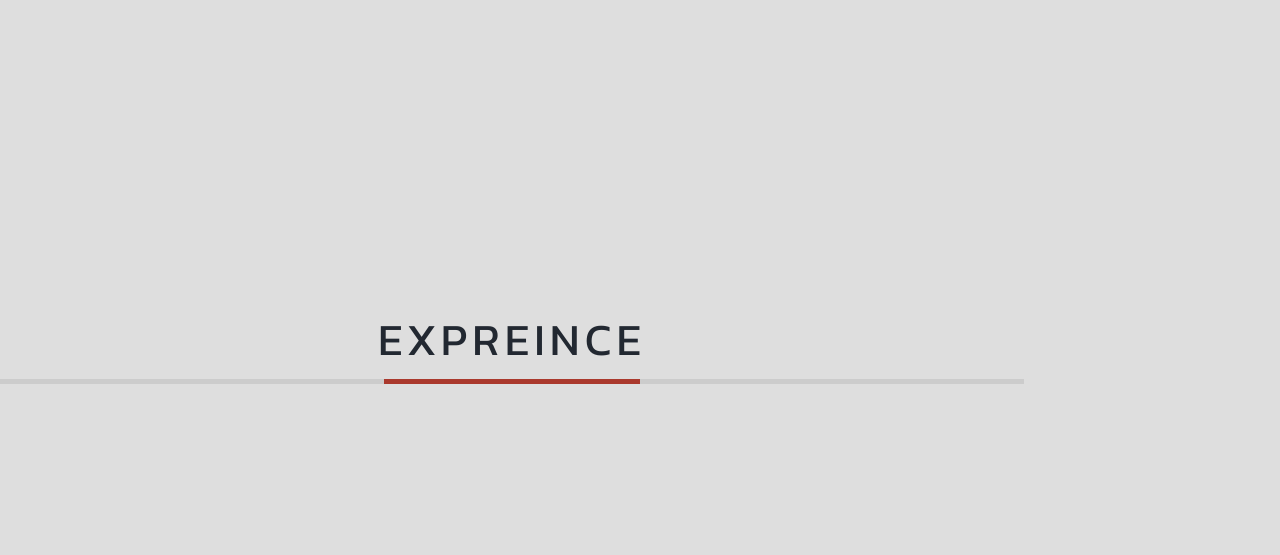
Repository: sellayspy/Portofolio
Page: /experince
The author's editor kept a copy of each file at every save. The page is drawn from the files as they stood at one save, then again after a run of saves.
The browser window is 1280 px wide. The pictures show the whole page.
The project was rebuilt for these pictures with package versions that can differ from the ones it lists, and the page was loaded fresh each time. Also part of the build but not shown: vite.config.js, src/styles/About.css, src/components/About.jsx, src/styles/Footer.css, src/components/Footer.jsx, src/styles/Header.css, src/components/Header.jsx, src/styles/Navbar.css and 9 more.

Above is the page before, as saved 2024-09-13 22:16:18.

### index.html
<!DOCTYPE html>
<html lang="en">
  <head>
    <meta charset="UTF-8" />
    <link rel="icon" type="image/svg+xml" href="/vite.svg" />
    <meta name="viewport" content="width=device-width, initial-scale=1.0" />
    <title>Portofolio RikiFN</title>
  </head>
  <body>
    <div id="root"></div>
    <script type="module" src="/src/main.jsx"></script>
  </body>
</html>

### src/App.jsx
import "./App.css";
import Home from "./pages/Home";
import DetailPortfolio from "./pages/DetailPortfolio";

import { BrowserRouter, Routes, Route } from "react-router-dom";
import PagesNotFound from "./pages/PagesNotFound";
import Experience from "./pages/Experience";

const App = () => {
  return (
    <BrowserRouter>
      <Routes>
        <Route path="/" element={<Home />} />
        <Route path="/portfolio/:id" element={<DetailPortfolio />} />
        <Route path="/experince" element={<Experience />} />
        <Route path="/pages-not-found" element={<PagesNotFound />} />
        <Route path="*" element={<PagesNotFound />} />
      </Routes>
    </BrowserRouter>
  );
};

export default App;

### src/App.css
/* Global */
@import url("https://fonts.googleapis.com/css2?family=Nunito+Sans:opsz,wght@6..12,300&display=swap");
@import url("https://fonts.googleapis.com/css2?family=Kanit&display=swap");

html,
body {
  margin: 0px;
  padding: 0px;
  font-size: 16px;
  font-family: "Nunito Sans", sans-serif;
  scroll-behavior: smooth;
  background-color: #dedede;
}
.wrapper {
  width: 1024px;
  margin: auto;
  padding: 20px 0px 20px 0px;
}

section {
  padding: 50px 0px 50px 0px;
}

.wrapper > h3,
.wrapper > h1 {
  text-align: center;
  font-size: 2.8rem;
  margin: 0px 0px 30px 0px;
  padding: 0px;
  font-family: "Kanit", sans-serif;
  color: #222831;
  letter-spacing: 5px;
  text-transform: uppercase;
  border-bottom: 5px solid #cccccc;
}
.wrapper > h3::after,
.wrapper > h1::after {
  content: "";
  display: block;
  border-bottom: 5px solid #aa392d;
  width: 25%;
  position: relative;
  bottom: -5px; /* your padding + border-width */
  margin: auto;
}

@media only screen and (max-width: 1000px) {
  .wrapper {
    width: 80%;
  }
}

### src/pages/Experience.jsx
import {
  VerticalTimeline,
  VerticalTimelineElement,
} from "react-vertical-timeline-component";
import "react-vertical-timeline-component/style.min.css";
const Experience = () => {
  return (
    <>
      <div className="wrapper">
        <h3>Expreince</h3>
      </div>
    </>
  );
};

export default Experience;

Loaded but not shown: src/main.jsx (common file); src/index.css (common file)

After the next 2 saves:
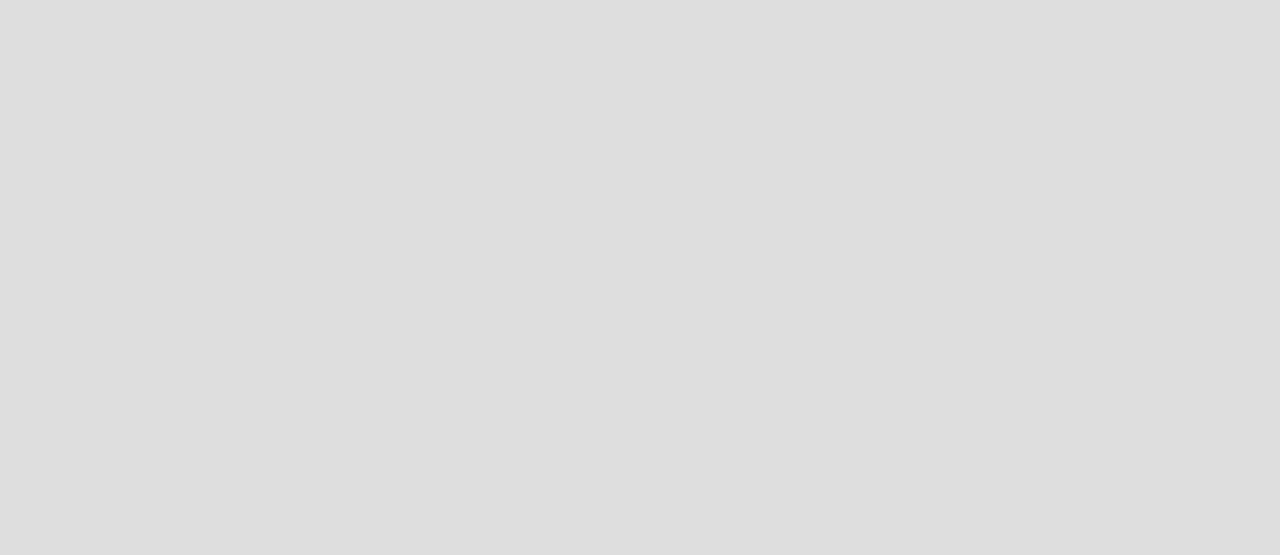
Console error: ReferenceError: WorkIcon is not defined
The 2 saves are shown as one change because 1 did not build or start.
The last was saved 78 s later.
--- a/src/pages/Experience.jsx
+++ b/src/pages/Experience.jsx
@@ -8,6 +8,21 @@
     <>
       <div className="wrapper">
         <h3>Expreince</h3>
+
+        <VerticalTimeline>
+          <VerticalTimelineElement
+            className="vertical-timeline-element--work"
+            date="2008 - 2010"
+            iconStyle={{ background: "rgb(33, 150, 243)", color: "#fff" }}
+            icon={<WorkIcon />}
+          >
+            <h3 className="vertical-timeline-element-title">Web Designer</h3>
+            <h4 className="vertical-timeline-element-subtitle">
+              Los Angeles, CA
+            </h4>
+            <p>User Experience, Visual Design</p>
+          </VerticalTimelineElement>
+        </VerticalTimeline>
       </div>
     </>
   );

After the save that followed:
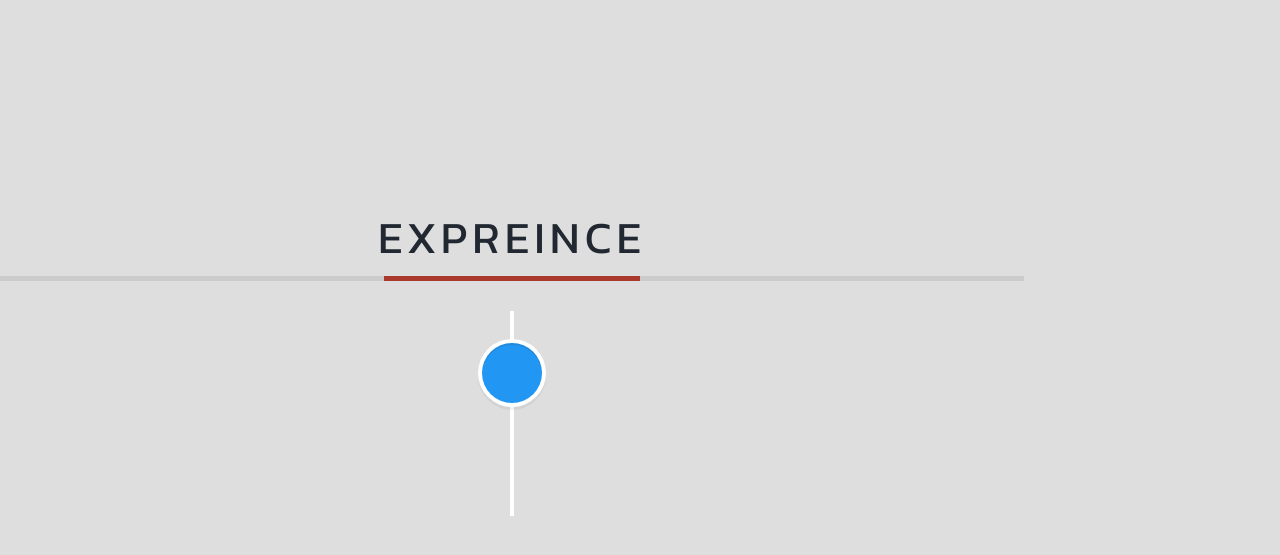
The error is gone.
Saved 30 s later.
--- a/src/pages/Experience.jsx
+++ b/src/pages/Experience.jsx
@@ -14,7 +14,6 @@
             className="vertical-timeline-element--work"
             date="2008 - 2010"
             iconStyle={{ background: "rgb(33, 150, 243)", color: "#fff" }}
-            icon={<WorkIcon />}
           >
             <h3 className="vertical-timeline-element-title">Web Designer</h3>
             <h4 className="vertical-timeline-element-subtitle">
